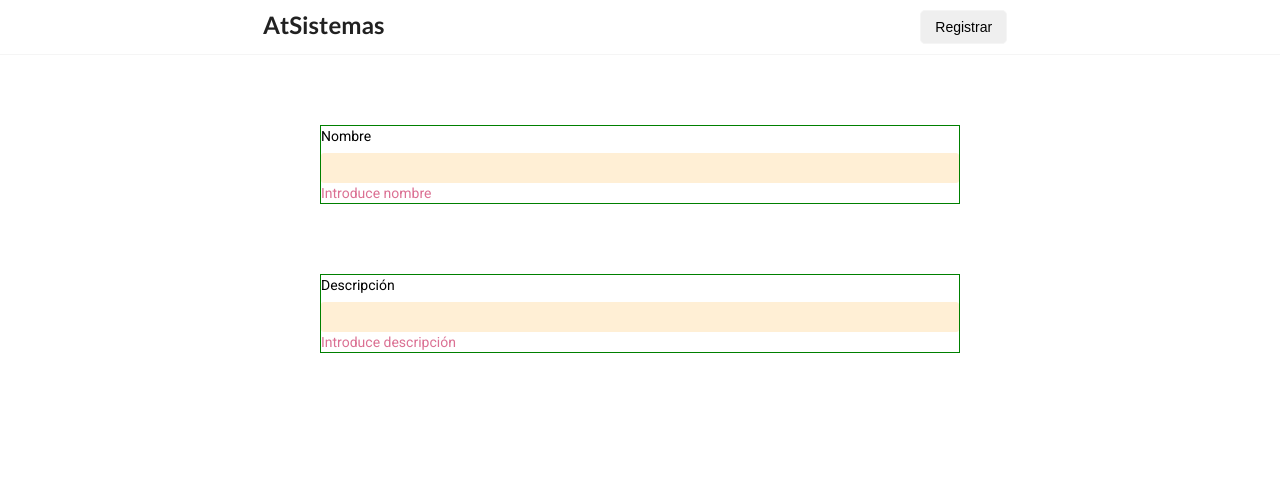
Repository: banchiec/atsistemas
Page: /site/register-site
These files come from the project's save history. The page is drawn as it stood at one moment and after the next save; the edit follows.
The browser window is 1280 px wide. The pictures show the whole page.
The project was rebuilt for these pictures with package versions that can differ from the ones it lists, and the page was loaded fresh each time. Also part of the build but not shown: src/components/SiteCard/SiteCard.js, src/redux/actions/sitesActions.js, src/screens/SiteScreen/SiteScreen.js, src/screens/SiteDetailsScreen/SiteDetailsScreen.js.

Above is the page before, as saved 2022-08-16 14:19:07.

### src/index.js
import React from "react";
import ReactDOM from "react-dom";
import App from "./App";
import store from "./redux/store";
import { Provider } from "react-redux";

ReactDOM.render(
  <React.StrictMode>
    <Provider store={store}>
      <App />
    </Provider>
  </React.StrictMode>,
  document.getElementById("root")
);

### src/App.js
import React from "react";
import { BrowserRouter as Router, Switch, Route } from "react-router-dom";
import SiteScreen from "./screens/SiteScreen/SiteScreen";
import SiteDetailsScreen from './screens/SiteDetailsScreen/SiteDetailsScreen'
import Header from "./components/Header/Header";
import "./App.css";
import RegisterSiteScreen from "./screens/RegisterSiteScreen/RegisterSiteScreen";

function App() {
  return (
    <div className="App">
      <Header/>
      <Router>
        <Switch>
          <Route path="/" exact component={SiteScreen} />
          <Route path="/site/register-site" exact component={RegisterSiteScreen} />
          <Route path="/site/:siteId" exact component={SiteDetailsScreen} />
          <Route>404 Not Found!</Route>
        </Switch>
      </Router>
    </div>
  );
}

export default App;

### src/components/Header/Header.js
import {ContainerHeader} from './headerStyled'

const Header = () => {
  function handleClick(){
    console.log("Object");
  }
	return(
    <ContainerHeader>
      <div>
        <h2>AtSistemas</h2>
      </div>
      <div>
        <button onClick={handleClick}>Registrar</button>
      </div>
    </ContainerHeader>
	)
}
export default Header

### src/App.css
* {
  font-family: "Roboto", sans-serif;
  padding: 0;
  margin: 0;
}

.ui.cards > .card > .image {
  height: 250px;
  padding: 20px;
  background: #fff;
  margin: auto;
}
.ui.cards > .card > .image > img {
  height: 100%;
  max-width: 100%;
  width: auto;
}
.ui.cards > .card > .content > .header {
  height: 48px;
  overflow: hidden;
  margin-bottom: 5px;
}
.ui.cards > .card > .content > .list{
  height: 36px;
  margin-bottom: 0px;
  overflow: hidden;
}
.ui.cards > .card .meta.name{
  margin-bottom: 5px;
  font-size: 18px;
  color: #333;
  font-weight: 600;
}

.ui.cards > .card .meta.name> a {
  font-size: 1.3rem;
  color: #222;
}

.ui.menu.fixed {
  height: 60px;
  padding-top: 15px;
}

.ui.grid.container {
  margin-top: 200px;
}

.ui.grid > .row {
  background: #fff;
}
.ui.grid > .row > .column.lp {
  padding: 20px 40px 20px 20px;
  align-self: flex-start !important;
}
.ui.grid > .row > .column.rp {
  padding: 20px 20px 20px 40px;
  text-align: left;
  align-self: flex-start !important;
}

.ui.grid > .row > .column > img,
.ui.grid > .row > img {
  height: 100%;
}
.ui.placeholder .header:not(:first-child):before,
.ui.placeholder .image:not(:first-child):before,
.ui.placeholder .paragraph:not(:first-child):before {
  display: none;
}

.ui.label,
.ui.labels .label {
  font-size: 22px;
}

.column.rp h1 {
  color: #333;
}
.column.rp p {
  font-size: 18px;
  color: #777;
}
.ui.placeholder.segment .column .button,
.ui.placeholder.segment .column .field,
.ui.placeholder.segment .column textarea,
.ui.placeholder.segment .column > .ui.input {
  background-color: #ff3e6c;
  border: 1px solid #ff3e6c;
  color: #fff;
  font-size: 18px;
  margin-left: 0;
}

### src/screens/RegisterSiteScreen/RegisterSiteScreen.js
import { ContainerRegisterSiteScreen, FormControl, Input, Label, Message } from "./registerSiteScreenStyled"

const RegisterSiteScreen = () => {

	const handleSubmit = () => {
		console.log("object");
	}
	return(
		<ContainerRegisterSiteScreen>
			<FormControl>
				<Label htmlFor="label">Nombre</Label>
				<Input id='label'/>
				<Message>Introduce nombre</Message>
			</FormControl>
			<FormControl>
				<Label htmlFor="label">Descripción</Label>
				<Input id='label'/>
				<Message>Introduce descripción</Message>
			</FormControl>
		</ContainerRegisterSiteScreen>
	)
}
export default RegisterSiteScreen

### src/redux/reducers/index.js
import { combineReducers } from "redux";
import { sitesReducer, selectedSiteReducer } from "./sitesReducer";
const reducers = combineReducers({
  allSites: sitesReducer,
  site: selectedSiteReducer,
});
export default reducers;

### src/components/Header/headerStyled.js
import styled from 'styled-components'

const ContainerHeader = styled.div`
	display: flex;
	flex-direction: row;
	border-bottom: 1px solid whitesmoke;
	justify-content: space-around;
	div {
		padding: 10px;
		button{
			border-radius: 5px;
			padding: 8px 14px 8px 14px;
			border: 1px solid whitesmoke;
			margin: 0px 10px 0px 10px;
			:hover {
				background: black ;
				color: white;
				transition: 1s ease-out;
			}
		}
	}
`
export {
	ContainerHeader
}

### src/screens/RegisterSiteScreen/registerSiteScreenStyled.js
import styled from "styled-components";

export const ContainerRegisterSiteScreen = styled.div`
	display: flex;
	flex-direction: column;
	justify-content: center;
	align-items: center;
`
export const FormControl = styled.div`
  border: 1px solid green;
	color: palevioletred;
	display: block;
	width: 50%;
	/* margin: 10px auto; */
	margin-top: 5em;
`
export const Label = styled.label`
	display: block;
	margin-bottom: 0.5em;
	color: black;
`
export const Input = styled.input`
	padding:  0.5em;
	color: black;
	background:  papayawhip;
	border: none;
	border-radius: 3px;
	width: 100%;
`
export const Message = styled.label`
	color: palevioletred;
	display: block;
`

### src/redux/reducers/sitesReducer.js
import { ActionTypes } from "../constants/action-types";
const intialState = {
  sites: [],
};

export const sitesReducer = (state = intialState, { type, payload }) => {
  switch (type) {
    case ActionTypes.SET_SITES:
      return {
        ...state,
        sites: payload
      };
    default:
      return state;
  }
};

export const selectedSiteReducer = (state = {}, { type, payload }) => {
  switch (type) {
    case ActionTypes.SELECTED_SITE:
      return {
        ...state,
        ...payload
      };
    case ActionTypes.REMOVE_SELECTED_SITE:
      return {};
    default:
      return state;
  }
};

### src/redux/constants/action-types.js
export const ActionTypes = {
  FETCH_SITES: 'FETCH_SITES',
  SET_SITES: "SET_SITES",
  SELECTED_SITE: "SELECTED_SITE",
  REMOVE_SELECTED_SITE: "REMOVE_SELECTED_SITE",
};

Loaded but not shown: public/index.html (common file); src/redux/store.js (common file)

After the next save:
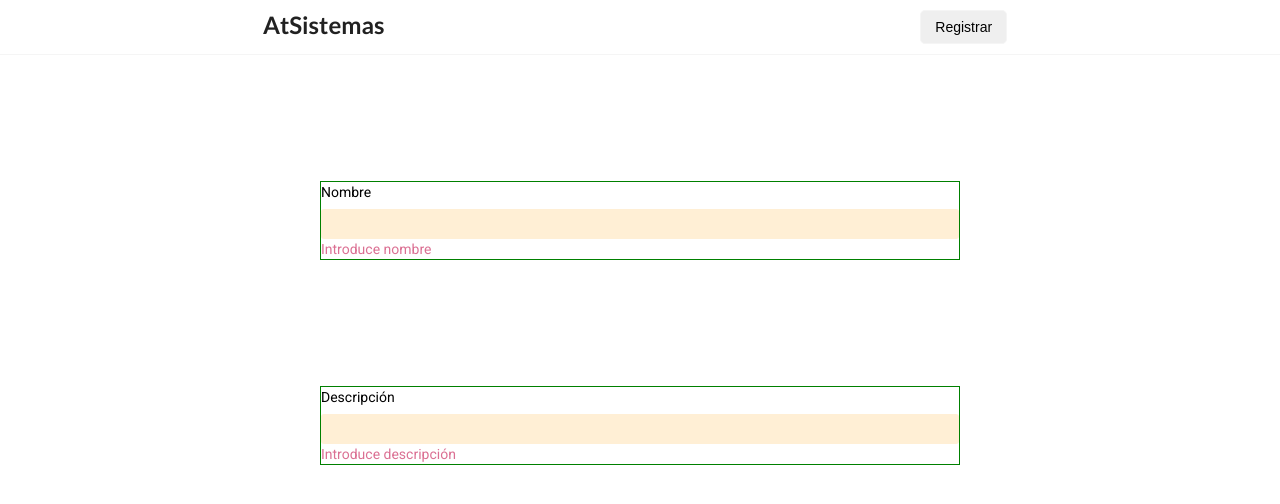
Saved 4 s later.
--- a/src/screens/RegisterSiteScreen/registerSiteScreenStyled.js
+++ b/src/screens/RegisterSiteScreen/registerSiteScreenStyled.js
@@ -12,7 +12,7 @@ export const FormControl = styled.div`
 	display: block;
 	width: 50%;
 	/* margin: 10px auto; */
-	margin-top: 5em;
+	margin-top: 9em;
 `
 export const Label = styled.label`
 	display: block;
